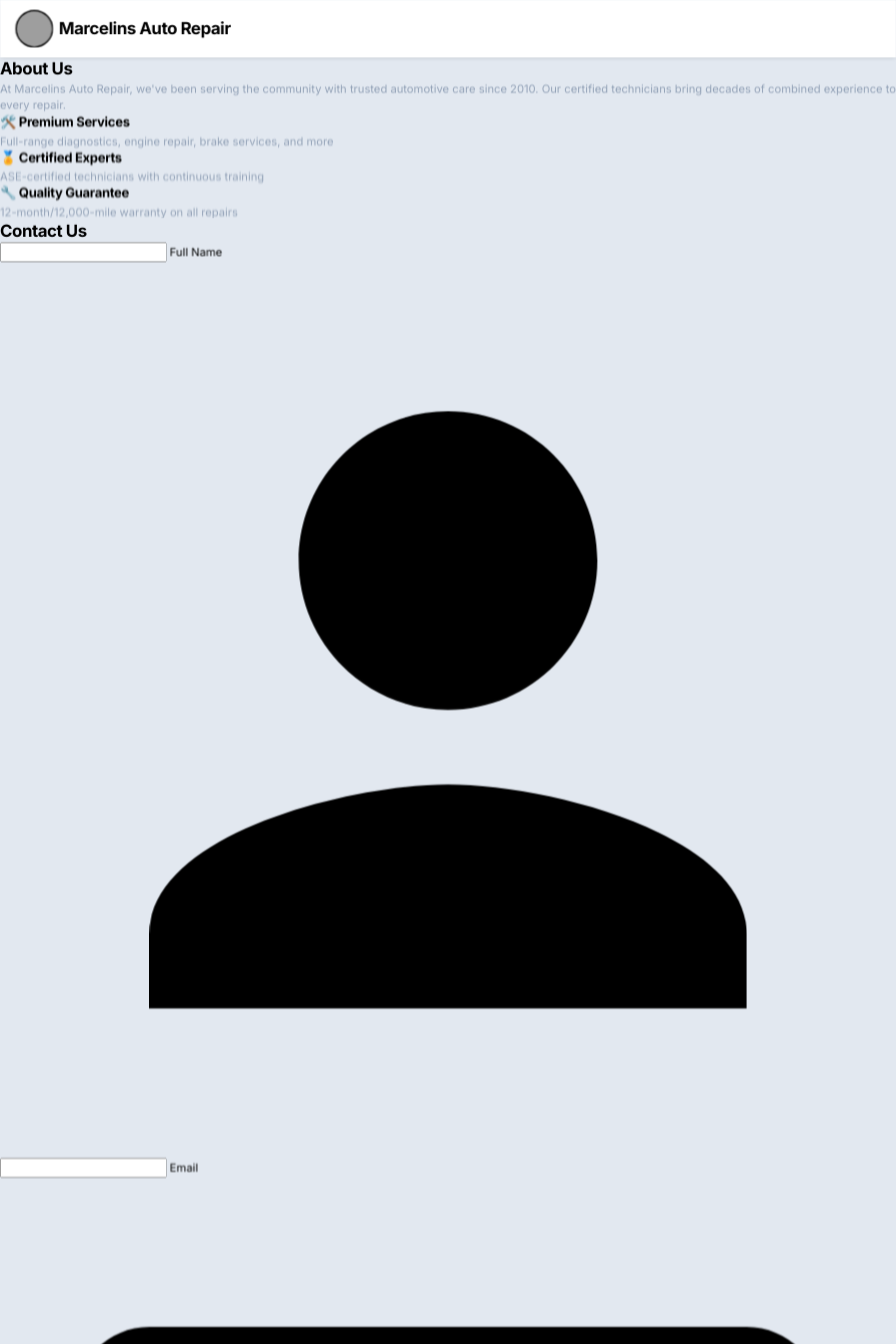
Repository: ilovegames507/twebsite-2
Page: frontend/public/about.html
These files come from the project's save history. The page is drawn as it stood at one moment and after the next save; the edit follows.
The browser window is 1280 px wide. The pictures show the part of the page from y = 0 to 1920 px (the page is 4721 px tall before and 5147 px after), at 70% of full size.
Pictures or frames that could not be fetched are drawn as grey boxes.

Above is the page before, as saved 2025-03-18 20:15:25.

After the next save:
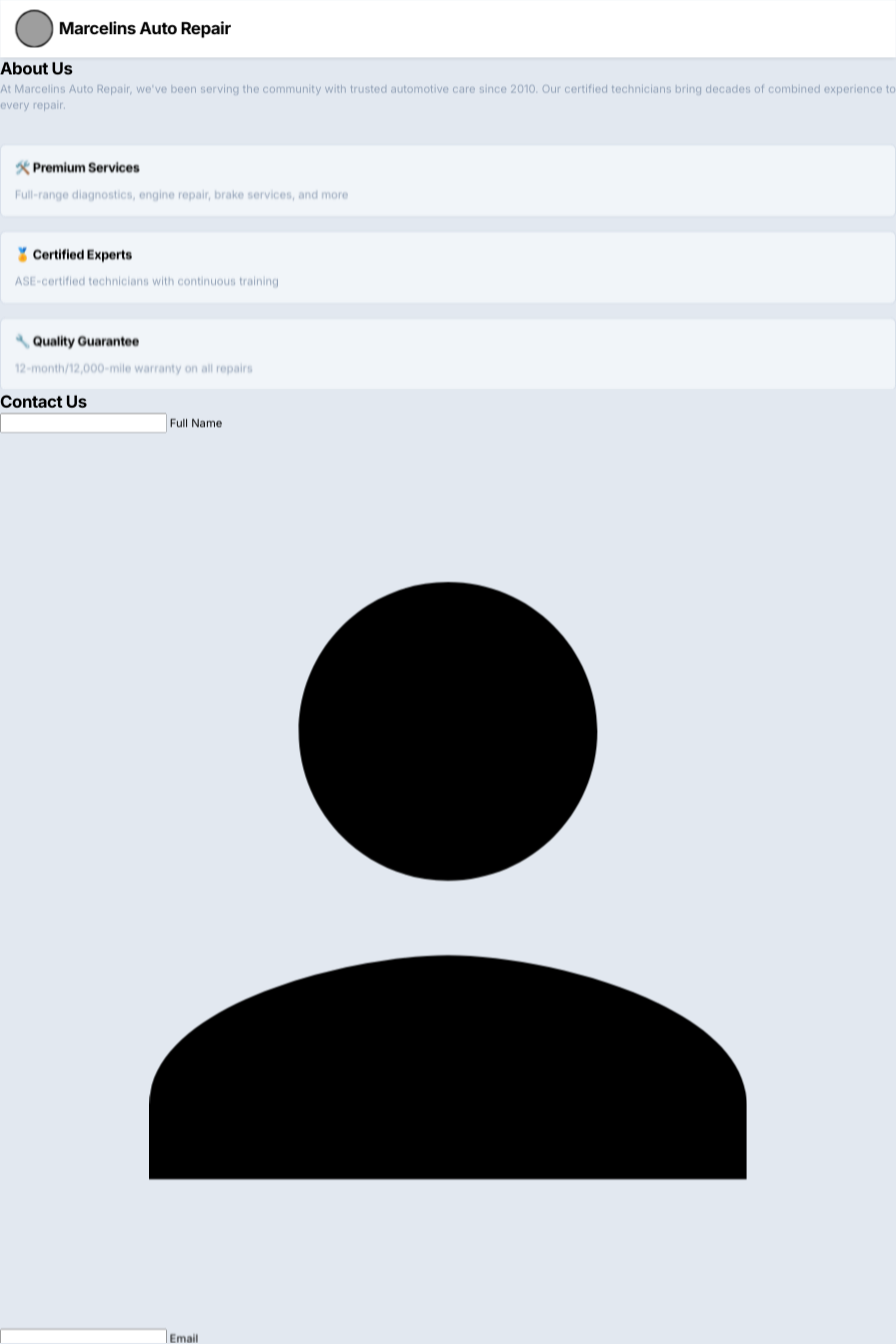
Saved 6 s later.
--- a/frontend/public/about.html
+++ b/frontend/public/about.html
@@ -12,7 +12,7 @@
   <link rel="stylesheet" href="styles/modern-normalize.css" />
   <link rel="stylesheet" href="styles/global.css" />
   <link rel="stylesheet" href="styles/components/header.css" />
-
+  <link rel="stylesheet" href="styles/components/about.css" />
   <link rel="stylesheet" href="styles/components/footer.css" />
   <link rel="stylesheet" href="styles/utils.css" />
 
